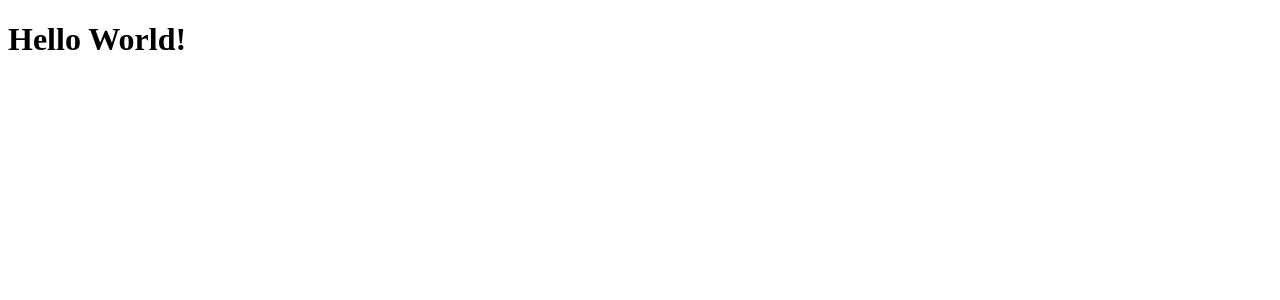
Repository: TimKral5/WikiPage
Page: Homepage/pages/home.htm
The author's editor kept a copy of each file at every save. The page is drawn from the files as they stood at one save, then again after the next save.
The browser window is 1280 px wide. The pictures show the whole page.

Above is the page before, as saved 2022-11-10 22:49:34.

### Homepage/pages/home.htm
<!DOCTYPE html>
<html lang="en">

<head>
    <meta charset="UTF-8">
    <meta http-equiv="X-UA-Compatible" content="IE=edge">
    <meta name="viewport" content="width=device-width, initial-scale=1.0">
    <title>Test</title>
</head>

<body>
    <h1>Hello World!</h1>
</body>

</html>

After the next save:
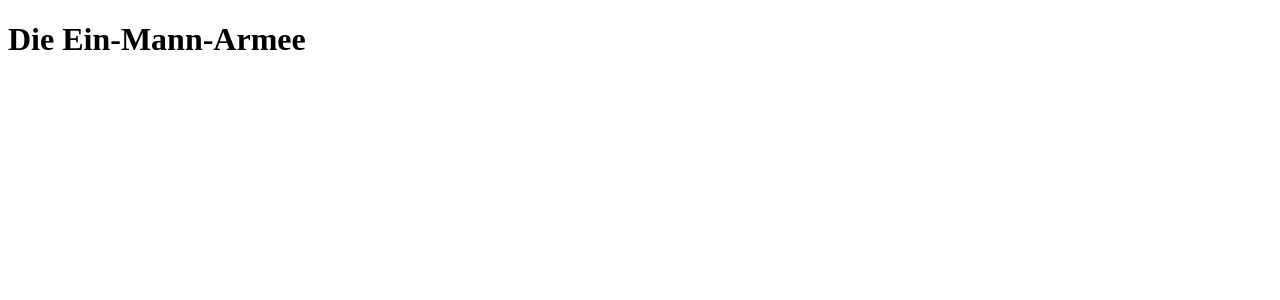
Saved 40 s later.
--- a/Homepage/pages/home.htm
+++ b/Homepage/pages/home.htm
@@ -9,7 +9,6 @@
 </head>
 
 <body>
-    <h1>Hello World!</h1>
+    <h1>Die Ein-Mann-Armee</h1>
 </body>
-
 </html>
